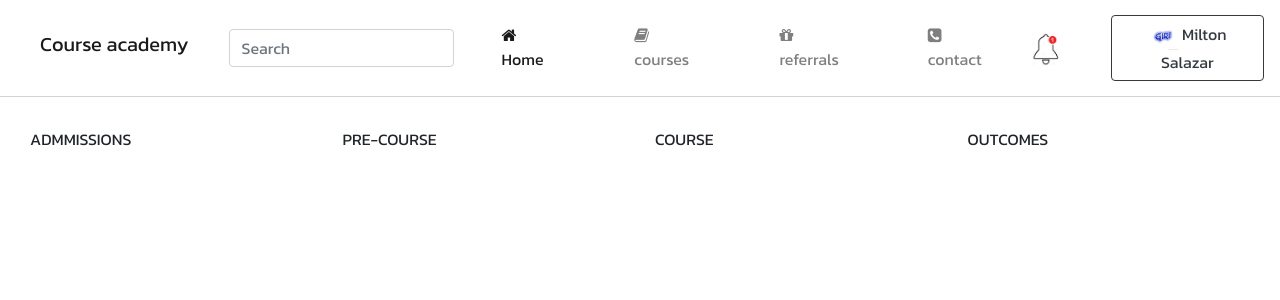
Repository: giribabu1997/html-layout
Page: task.html
An editor plug-in stored every save of this project. The page is shown before and after the next save, followed by the edit.
The browser window is 1280 px wide. The pictures show the whole page.

Above is the page before, as saved 2019-06-24 14:36:48.

### task.html
<!DOCTYPE html>
<html lang="en">

<head>
    <meta charset="UTF-8">
    <meta name="viewport" content="width=device-width, initial-scale=1.0">
    <meta http-equiv="X-UA-Compatible" content="ie=edge">
    <title>Document</title>
    <link rel="stylesheet" href="https://stackpath.bootstrapcdn.com/bootstrap/4.3.1/css/bootstrap.min.css"
        integrity="sha384-ggOyR0iXCbMQv3Xipma34MD+dH/1fQ784/j6cY/iJTQUOhcWr7x9JvoRxT2MZw1T" crossorigin="anonymous">
    <link href="https://fonts.googleapis.com/css?family=Kanit&display=swap" rel="stylesheet">
    <link rel="stylesheet" href="https://cdnjs.cloudflare.com/ajax/libs/font-awesome/4.7.0/css/font-awesome.min.css">
    <style>
        .navhead-height {
            padding: 1.5rem;
        }

        .head-container {
            padding: 0%;
        }

        * {
            font-family: 'Kanit', sans-serif;
        }

        .home-link {
            padding-right: 2.5rem !important;
            padding-left: 2.5rem !important;
        }
    </style>

</head>

<body>
    <div class="container-fluid head-container" style=" border-bottom: 1px solid lightgrey;">
        <nav class="navbar navbar-expand-lg navbar-light bg-white">
            <a class="navbar-brand navhead-height" href="#">
                <h5>Course academy </h5>
            </a>
            <button class="navbar-toggler" type="button" data-toggle="collapse" data-target="#navbarSupportedContent"
                aria-controls="navbarSupportedContent" aria-expanded="false" aria-label="Toggle navigation">
                <span class="navbar-toggler-icon"></span>
            </button>
            <form class="form-inline my-2 my-lg-0">
                <input class="form-control mr-sm-2" type="search" placeholder="Search" aria-label="Search">
            </form>
            <div class="collapse navbar-collapse" id="navbarSupportedContent">
                <ul class="navbar-nav mr-auto">
                    <li class="nav-item active">
                        <a class="nav-link home-link" href="#"><i class="fa fa-home"></i> Home <span
                                class="sr-only">(current)</span></a>
                    </li>
                    <li class="nav-item">
                        <a class="nav-link home-link" href="#"><i class="fa fa-book"></i> courses</a>
                    </li>
                    <li class="nav-item">
                        <a class="nav-link home-link" href="#"><i class="fa fa-gift"></i> referrals</a>
                    </li>
                    <li class="nav-item">
                        <a class="nav-link home-link" href="#"><i class="fa fa-phone-square"></i> contact</a>
                    </li>
                    <li class="nav-item">
                        <a class="nav-link home-link" href="#"></a>
                        <img src="icon.png" width="30px" style="text-align: center" />
                        </a>
                    </li>
                    <button class="btn btn-outline-dark my-2 my-sm-0" type="submit">
                        <img src="giri.png" width="30px" /> Milton Salazar </button>
            </div>
        </nav>
    </div>
    <div class="container-fluid" style="padding: 30px; text-align: center\;">
        <div class="row">
            <div class=""> </div>
            <div class="col-sm-3">
              <h> ADMMISSIONS</h>
            </div>
            <div class="col-sm-3">
               <h> PRE-COURSE</h>
            </div>
            <div class="col-sm-3">
                <h> COURSE </h>
            </div>
            <div class="col-sm-3">
               <h> OUTCOMES </h>
            </div>
        </div>
    </div>


</body>
<script src="https://code.jquery.com/jquery-3.3.1.slim.min.js"
    integrity="sha384-q8i/X+965DzO0rT7abK41JStQIAqVgRVzpbzo5smXKp4YfRvH+8abtTE1Pi6jizo"
    crossorigin="anonymous"></script>
<script src="https://cdnjs.cloudflare.com/ajax/libs/popper.js/1.14.7/umd/popper.min.js"
    integrity="sha384-UO2eT0CpHqdSJQ6hJty5KVphtPhzWj9WO1clHTMGa3JDZwrnQq4sF86dIHNDz0W1"
    crossorigin="anonymous"></script>
<script src="https://stackpath.bootstrapcdn.com/bootstrap/4.3.1/js/bootstrap.min.js"
    integrity="sha384-JjSmVgyd0p3pXB1rRibZUAYoIIy6OrQ6VrjIEaFf/nJGzIxFDsf4x0xIM+B07jRM"
    crossorigin="anonymous"></script>

</html>

After the next save:
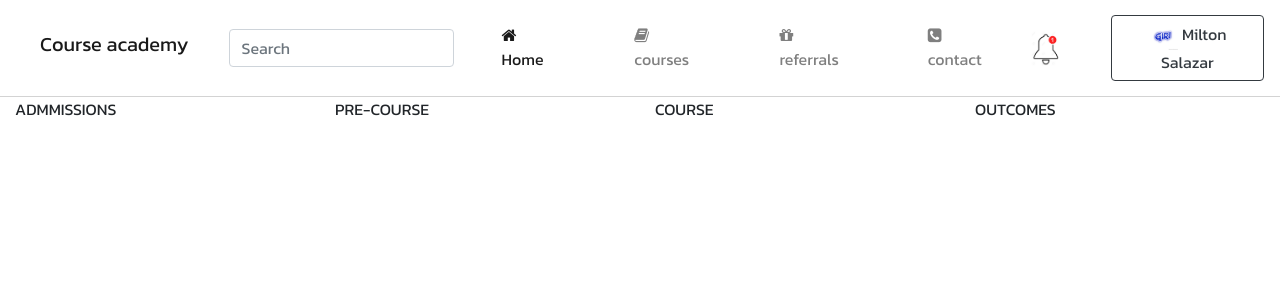
Saved 13 s later.
--- a/task.html
+++ b/task.html
@@ -69,7 +69,7 @@
             </div>
         </nav>
     </div>
-    <div class="container-fluid" style="padding: 30px; text-align: center\;">
+    <div class="container-fluid">
         <div class="row">
             <div class=""> </div>
             <div class="col-sm-3">
